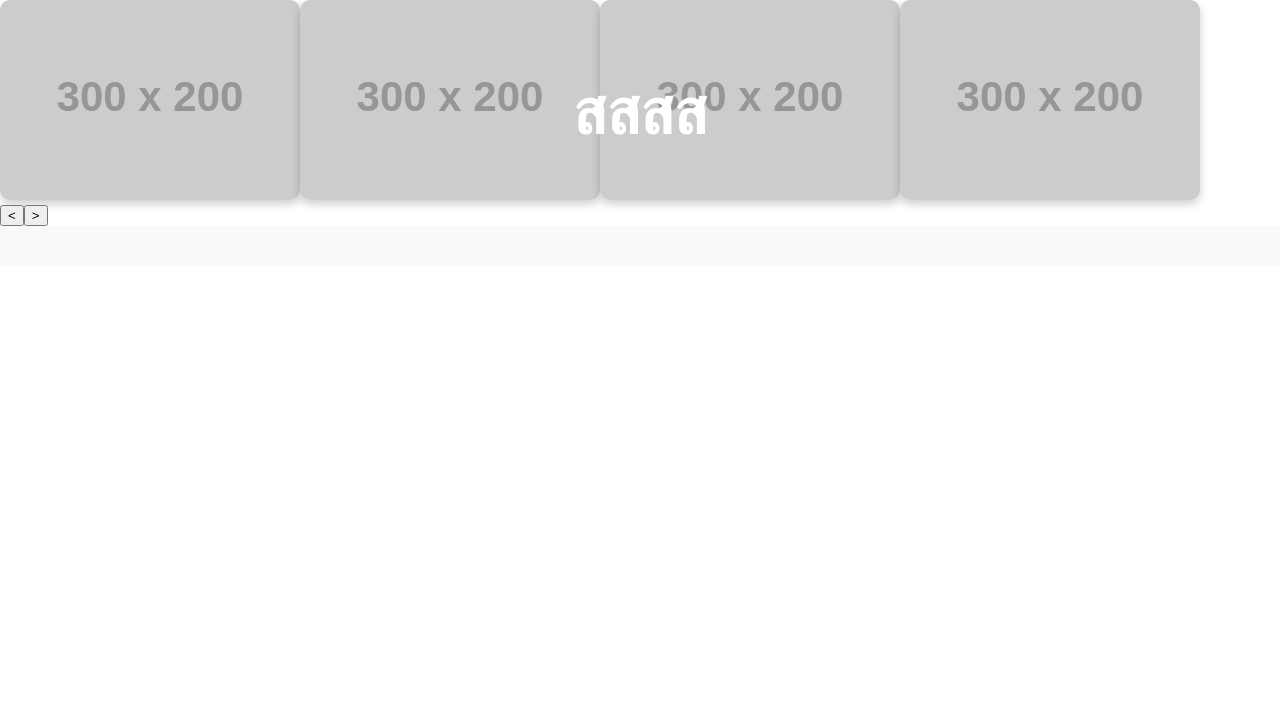
Repository: naps00/BIRTHDAY
Page: /details
These files come from the project's save history. The page is drawn as it stood at one moment and after the next save; the edit follows.
The browser window is 1280 px wide. The pictures show the whole page.
The project was rebuilt for these pictures with package versions that can differ from the ones it lists, and the page was loaded fresh each time.

Above is the page before, as saved 2024-12-09 02:38:32.

### src/App.js
import React, { useState } from 'react';
import { BrowserRouter as Router, Route, Routes, Link } from 'react-router-dom';
import './App.css';
import Details from './details.js'; // นำเข้า Details.js

function Home() {
  const [showModal, setShowModal] = useState(false);

  // เมื่อวีดีโอจบ ให้แสดง modal
  const handleVideoEnd = () => {
    setShowModal(true);
  };

  return (
    <div className="App">
      <div className="container">
        <div className="text-section">
          <h1>Welcome to Our Video</h1>
          <p>Watch the video and see the surprise!</p>
        </div>

        <div className="video-section">
          <video
            className="video-player"
            controls
            onEnded={handleVideoEnd}
          >
            <source src="https://www.w3schools.com/html/movie.mp4" type="video/mp4" />
            Your browser does not support the video tag.
          </video>
        </div>
      </div>

      {/* Modal */}
      {showModal && (
        <div className="modal-backdrop">
          <div className="modal-content">
            <h2>พร้อมหรือยัง?</h2>
            {/* เปลี่ยนปุ่ม "ปิด" ให้เป็นลิงค์ไปยังหน้า /details */}
            <Link to="/details">
              <button className="pulse">ปิด</button>
            </Link>
          </div>
        </div>
      )}

      {/* เพิ่มอิโมจิที่วิ้งๆ */}
      <div className="emoji">✨</div>
    </div>
  );
}

function App() {
  return (
    <Router>
      <Routes>
        <Route path="/" element={<Home />} />
        <Route path="/details" element={<Details />} /> {/* เพิ่มเส้นทางสำหรับหน้า /details */}
      </Routes>
    </Router>
  );
}

export default App;

### src/App.css
/* การจัด layout ของแอปพลิเคชัน */
.App {
  background-color: white;
  min-height: 100vh;
  display: flex;
  justify-content: center;
  align-items: center;
}

/* ส่วนที่ใช้จัด layout */
.container {
  display: flex;
  flex-direction: row; /* แบ่งพื้นที่ออกเป็น 2 ส่วน */
  width: 100%;
  height: 100vh;
}

/* ส่วนข้อความ */
.text-section {
  flex: 1;
  display: flex;
  flex-direction: column;
  justify-content: center;
  align-items: center;
  padding: 20px;
  background-color: #f9f9f9;
}

.text-section h1 {
  margin-bottom: 20px;
}

/* ส่วนวีดีโอ */
.video-section {
  flex: 1;
  display: flex;
  justify-content: center;
  align-items: center;
  background-color: #000;
}

.video-player {
  width: 100%; /* ให้วีดีโอเต็มความกว้าง */
  height: 100%; /* ให้วีดีโอเต็มความสูง */
  object-fit: cover; /* ปรับวีดีโอให้เต็มพื้นที่โดยไม่เสียสัดส่วน */

/* การแสดง modal */
}
.modal-backdrop {
  position: fixed;
  top: 0;
  left: 0;
  width: 100%;
  height: 100%;
  background: rgba(0, 0, 0, 0.7);
  display: flex;
  justify-content: center;
  align-items: center;
  z-index: 100; /* ทำให้ modal อยู่เหนือสิ่งอื่น */
  animation: fadeInPop 0.5s ease-out;
}

/* เพิ่ม z-index ให้ modal-content */
.modal-content {
  background: white;
  padding: 20px;
  border-radius: 10px;
  text-align: center;
  box-shadow: 0 2px 10px rgba(0, 0, 0, 0.3);
  animation: slideUp 0.3s ease-out;
  z-index: 101; /* ทำให้เนื้อหาของ modal อยู่เหนือ backdrop */
}

/* การแอนิเมชัน fade-in และ pop-up สำหรับ modal backdrop */
@keyframes fadeInPop {
  0% {
    opacity: 0;
    transform: scale(0.8);
  }
  100% {
    opacity: 1;
    transform: scale(1);
  }
}


/* การแอนิเมชัน slide-up สำหรับ modal content */
@keyframes slideUp {
  0% {
    transform: translateY(20px);
    opacity: 0;
  }
  100% {
    transform: translateY(0);
    opacity: 1;
  }
}

.modal-content h2 {
  margin-bottom: 20px;
}

.modal-content button {
  padding: 10px 20px;
  background-color: #007bff;
  color: white;
  border: none;
  border-radius: 5px;
  cursor: pointer;
  transition: transform 0.3s ease, background-color 0.3s ease;
}

/* เอฟเฟกต์เมื่อ hover ปุ่ม */
.modal-content button:hover {
  background-color: #0056b3;
  transform: scale(1.1); /* ขยายขนาดปุ่มเมื่อ hover */
}

/* เอฟเฟกต์การเต้นของปุ่ม */
@keyframes pulse {
  0% {
    transform: scale(1);
    opacity: 1;
  }
  50% {
    transform: scale(1.1);
    opacity: 0.8;
  }
  100% {
    transform: scale(1);
    opacity: 1;
  }
}

.pulse {
  animation: pulse 1.5s infinite;
}

/* อิโมจิวิ้งๆ */
.emoji {
  position: fixed;
  top: 10%;
  right: 5%;
  font-size: 50px;
  animation: bounce 2s infinite;
  z-index: 50; /* ทำให้ไอคอนอิโมจิอยู่ใต้ modal */
}

/* การแอนิเมชันวิ้ง */
@keyframes bounce {
  0% {
    transform: translateY(0);
    opacity: 1;
  }
  25% {
    transform: translateY(-10px);
    opacity: 0.8;
  }
  50% {
    transform: translateY(0);
    opacity: 1;
  }
  75% {
    transform: translateY(10px);
    opacity: 0.8;
  }
  100% {
    transform: translateY(0);
    opacity: 1;
  }
}

/* การแอนิเมชัน zoom-in */
@keyframes zoomIn {
  0% {
    transform: scale(0.8);
    opacity: 0;
  }
  100% {
    transform: scale(1);
    opacity: 1;
  }
}

.zoom-in {
  animation: zoomIn 0.4s ease-out;
}

/* เอฟเฟกต์ fade-in สำหรับเนื้อหาที่โหลด */
.fade-in {
  opacity: 0;
  animation: fadeIn 1s forwards;
}

@keyframes fadeIn {
  from {
    opacity: 0;
  }
  to {
    opacity: 1;
  }
}

### src/details.js
// src/pages/details.js
import React, { useState } from 'react';
import './details.css'; // ใช้ไฟล์ CSS สำหรับการสไตล์

function Details() {
  const [currentIndex, setCurrentIndex] = useState(0);

  const images = [
    'https://via.placeholder.com/300x200?text=Image+1',
    'https://via.placeholder.com/300x200?text=Image+2',
    'https://via.placeholder.com/300x200?text=Image+3',
    'https://via.placeholder.com/300x200?text=Image+4'
  ];

  const handleNext = () => {
    setCurrentIndex((currentIndex + 1) % images.length);
  };

  const handlePrev = () => {
    setCurrentIndex((currentIndex - 1 + images.length) % images.length);
  };

  return (
    <div className="details-container">
      {/* ภาพสไลด์ */}
      <div className="slider-container">
        <div className="image-stack">
          {images.map((src, index) => (
            <img
              key={index}
              src={src}
              alt={`Slide ${index + 1}`}
              className={`image ${index === currentIndex ? 'active' : ''}`}
            />
          ))}
        </div>
        {/* ปุ่มสไลด์ */}
        <div className="controls">
          <button onClick={handlePrev}>&lt;</button>
          <button onClick={handleNext}>&gt;</button>
        </div>
      </div>

      {/* ข้อความที่ด้านบนของหน้า */}
      <div className="text-section">
        <h1>สสสส</h1>
      </div>
    </div>
  );
}

export default Details;

### src/details.css
/* พื้นหลังที่เคลื่อนไหว */
.details-page {
    position: relative;
    min-height: 100vh;
    display: flex;
    flex-direction: column;
    justify-content: center;
    align-items: center;
    background: linear-gradient(45deg, #00c6ff, #0072ff);
    animation: moveBackground 5s linear infinite;
  }

  /* เคลื่อนไหวพื้นหลัง */
  @keyframes moveBackground {
    0% {
      background: linear-gradient(45deg, #00c6ff, #0072ff);
    }
    50% {
      background: linear-gradient(45deg, #0072ff, #00c6ff);
    }
    100% {
      background: linear-gradient(45deg, #00c6ff, #0072ff);
    }
  }

  /* ข้อความที่แสดง "สสสส" */
  .text-section h1 {
    color: white;
    font-size: 4rem;
    text-align: center;
    margin: 0;
    position: absolute;
    top: 10%;
    z-index: 10;
  }

  /* รูปภาพ */
  .image-section {
    margin-top: 20px;
  }

  .image {
    width: 300px;
    height: auto;
    border-radius: 10px;
    box-shadow: 0 4px 10px rgba(0, 0, 0, 0.2);
  }

Loaded but not shown: public/index.html (common file); src/index.js (common file); src/index.css (common file); src/reportWebVitals.js (common file)

After the next save:
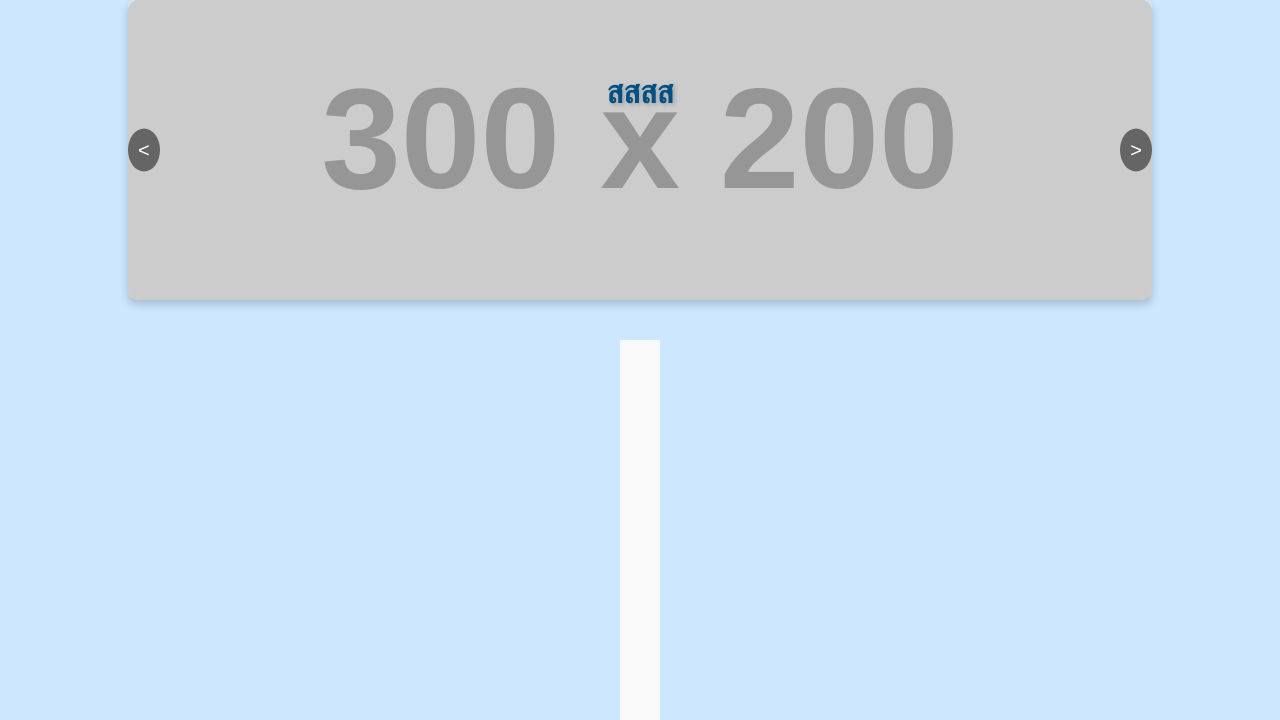
Saved 60 s later.
--- a/src/details.css
+++ b/src/details.css
@@ -45,3 +45,93 @@
     border-radius: 10px;
     box-shadow: 0 4px 10px rgba(0, 0, 0, 0.2);
   }
+  /* src/pages/Details.css */
+
+/* เลย์เอาต์หลัก */
+.details-container {
+    position: relative;
+    background-color: #cce7ff; /* พื้นหลังฟ้าขาว */
+    min-height: 100vh;
+    display: flex;
+    flex-direction: column;
+    align-items: center;
+    justify-content: center;
+    text-align: center;
+    overflow: hidden;
+  }
+
+  /* การสไตล์สำหรับส่วนสไลด์ */
+  .slider-container {
+    position: relative;
+    width: 80%;
+    height: 300px;
+    margin-bottom: 20px;
+    background-color: #fff;
+    border-radius: 8px;
+    overflow: hidden;
+    box-shadow: 0 4px 10px rgba(0, 0, 0, 0.2);
+  }
+
+  /* กำหนดให้รูปภาพซ้อนกัน */
+  .image-stack {
+    position: absolute;
+    top: 0;
+    left: 0;
+    width: 100%;
+    height: 100%;
+    display: flex;
+    flex-direction: row;
+    transition: transform 0.5s ease-in-out;
+  }
+
+  /* รูปภาพที่แสดงอยู่ */
+  .image {
+    position: absolute;
+    top: 0;
+    left: 0;
+    width: 100%;
+    height: 100%;
+    object-fit: cover;
+    opacity: 0.5;
+    transition: opacity 0.5s ease-in-out;
+  }
+
+  /* รูปภาพที่แสดงอยู่จะมีความทึบ */
+  .image.active {
+    opacity: 1;
+  }
+
+  /* ปุ่มสไลด์ */
+  .controls {
+    position: absolute;
+    top: 50%;
+    width: 100%;
+    display: flex;
+    justify-content: space-between;
+    transform: translateY(-50%);
+  }
+
+  .controls button {
+    background-color: rgba(0, 0, 0, 0.5);
+    color: white;
+    border: none;
+    padding: 10px;
+    cursor: pointer;
+    font-size: 20px;
+    border-radius: 50%;
+  }
+
+  .controls button:hover {
+    background-color: rgba(0, 0, 0, 0.8);
+  }
+
+  /* สไตล์ข้อความ */
+  .text-section {
+    margin-top: 20px;
+  }
+
+  .text-section h1 {
+    font-size: 2rem;
+    color: #004f85;
+    text-shadow: 2px 2px 4px rgba(0, 0, 0, 0.2);
+  }
